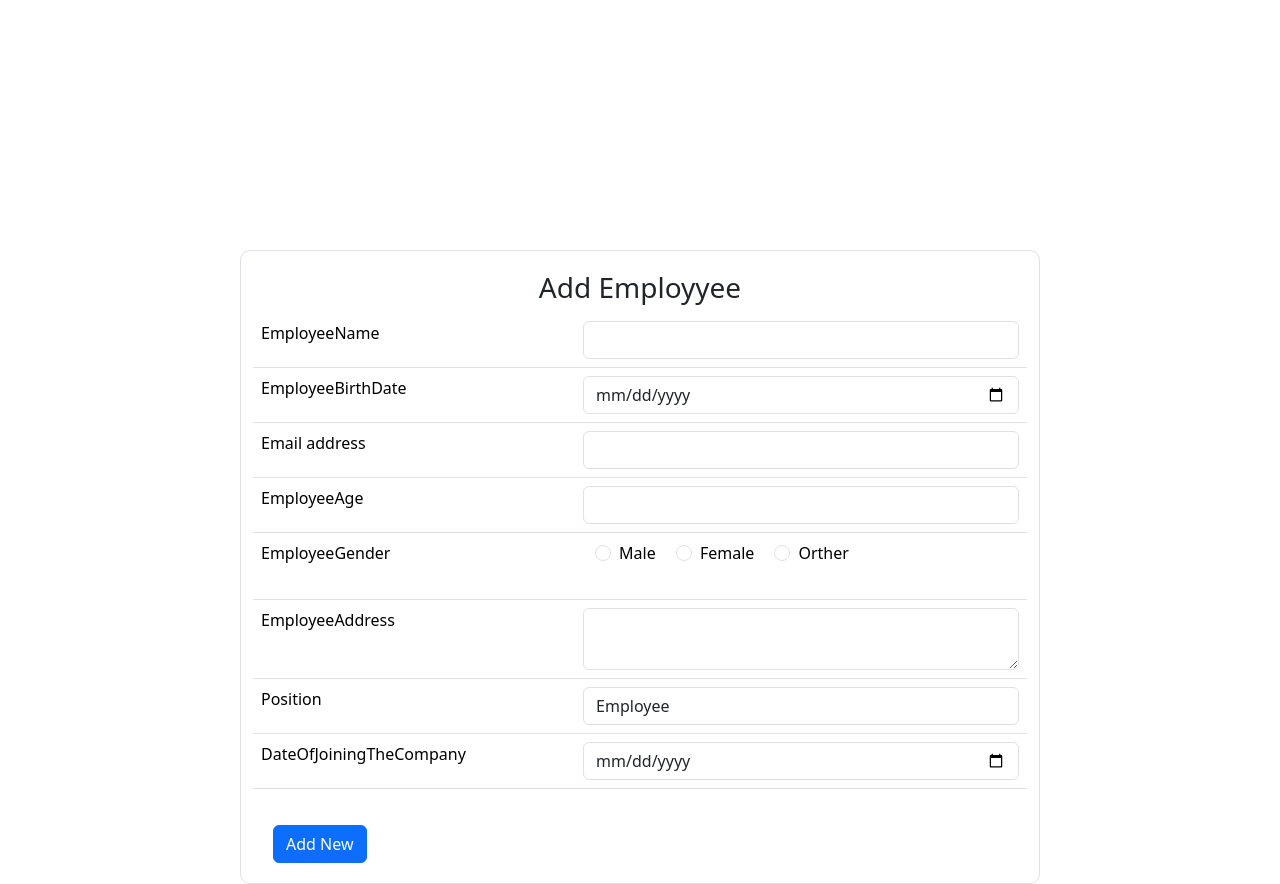
Repository: tranhuuan1703/BaiTapServlet
Page: http://localhost/bai_tap_jsp_servlet/views/Add.jsp
These files come from the project's save history. The page is drawn as it stood at one moment and after the next save; the edit follows.
The browser window is 1280 px wide. The pictures show the whole page.
Some web libraries are served in a nearby version. The page is served by Tomcat 9. Other server files are loaded and not shown.

Above is the page before, as saved 2024-08-14 08:27:14.

### bai_tap_jsp_servlet/bai_tap_jsp_servlet/src/main/webapp/views/Add.jsp
<%@ page language="java" contentType="text/html; charset=UTF-8"
   pageEncoding="UTF-8"%>
<%@ taglib prefix="c" uri="http://java.sun.com/jsp/jstl/core"%>
<!DOCTYPE html>
<html>
   <head>
      <meta charset="UTF-8">
      <title>Insert title here</title>
      <link href="https://cdn.jsdelivr.net/npm/bootstrap@5.3.3/dist/css/bootstrap.min.css"
         rel="stylesheet"
         integrity="sha384-QWTKZyjpPEjISv5WaRU9OFeRpok6YctnYmDr5pNlyT2bRjXh0JMhjY6hW+ALEwIH"
         crossorigin="anonymous">
      <script src="https://cdn.jsdelivr.net/npm/bootstrap@5.3.3/dist/js/bootstrap.bundle.min.js"
         integrity="sha384-YvpcrYf0tY3lHB60NNkmXc5s9fDVZLESaAA55NDzOxhy9GkcIdslK1eN7N6jIeHz"
         crossorigin="anonymous"></script>
      <script src="https://ajax.googleapis.com/ajax/libs/jquery/1.12.0/jquery.min.js"></script>
      <script src="https://unpkg.com/dayjs@1.8.21/dayjs.min.js"></script>
      <link href="<c:url value="/css/base.css"/>" rel="stylesheet" type="text/css" />
   </head>
   <body>


      <div class="container border" style="margin-top:250px; width:800px; border-radius: 10px;">
      	<center style="padding-top: 20px;"><h3>Add Employyee</h3></center>
         <form id="updateForm" action="addEmployeeController" method="get">
            <table class="table">

               <tr>
                  <td><label for="nameEmployee" class="form-label">EmployeeName</label></td>
                  <td>
                     <input type="text" class="form-control" id="nameEmployee" aria-describedby="emailHelp" name="nameEmployee" required="required" pattern="^[^\d]+$">
                     <span class="rq">${msgUserName}</span>
                  </td>

               </tr>
               <tr>
                  <td><label for="birthDayEmployee" class="form-label">EmployeeBirthDate</label></td>
                  <td>
                     <input type="date" class="form-control" id="birthDayEmployee" name="birthDayEmployee" required="required">
                     <span class="rq">${msgEmployeeBirthDate}</span>
                  </td>

               </tr>
               <tr>
                  <td><label for="emailEmployee" class="form-label">Email address</label></td>
                  <td>
                     <input type="email" class="form-control" id="emailEmployee" aria-describedby="emailHelp" name="emailEmployee" required="required">
                     <span class="rq">${msgEmail}</span>

                  </td>
               </tr>
               <tr>
                  <td><label for="ageEmployee" class="form-label">EmployeeAge</label></td>
                  <td>
                     <input type="number" class="form-control" id="ageEmployee" aria-describedby="emailHelp" value="" readonly name="ageEmployee">
                     <span class="rq">${msgEmployeeAge}</span>
                  </td>
               </tr>
               <tr>
                  <td><label for="inlineRadio1" class="form-label">EmployeeGender</label></td>
                  <td>
                  	<div class="container">
                  		<div class="form-check form-check-inline">
	                        <input class="form-check-input" type="radio" name="inlineRadioOptions" id="inlineRadio1" value="male">
	                        <label class="form-check-label" for="inlineRadio1">Male</label>
	                     </div>
	                     <div class="form-check form-check-inline">
	                        <input class="form-check-input" type="radio" name="inlineRadioOptions" id="inlineRadio2" value="female">
	                        <label class="form-check-label" for="inlineRadio2">Female</label>
	                     </div>
	                     <div class="form-check form-check-inline">
	                        <input class="form-check-input" type="radio" name="inlineRadioOptions" id="inlineRadio3" value="option3">
	                        <label class="form-check-label" for="inlineRadio3">Orther</label>
	                     </div>
                  	</div>

                     <div>
                     	<span class="rq" style="display: inline-block; max-width: 80%; word-wrap: break-word; white-space: normal; color: red;">${msgGender}</span>
                     </div>

                  </td>
               </tr>
               <tr>
                  <td><label for="addressEmployee" class="form-label">EmployeeAddress</label></td>
                  <td>
                     <textarea  class="form-control" id="addressEmployee" aria-describedby="emailHelp" name="addressEmployee"></textarea>

                  </td>
               </tr>
               <tr>
                  <td><label for="exampleInputEmail1" class="form-label">Position</label></td>
                  <td>
                     <select class="form-control" id="selection" name="position">
                        <option value="employee">Employee</option>
                        <option value="boss">Boss</option>
                     </select>
                     <span class="rq">${msgPosition}</span>
                  </td>
               </tr>
               <tr>
                  <td><label for="dateJoiningBirthday" class="form-label">DateOfJoiningTheCompany</label></td>
                  <td>
                		<input type="date" class="form-control" id="dateJoiningCompany" name="dateJoiningCompany" required="required" max="">
                     	<span class="rq">${msgDateJoinCompany}</span>
                  </td>
               </tr>
            </table>
             <div class="grid" style="padding:20px;">
            	<button type="submit" class="btn btn-primary">Add New</button>
            </div>
         </form>
      </div>
   </body>
 <script>

 $("#birthDayEmployee, #dateJoiningCompany").blur(function(){
	    const dateValue = new Date($(this).val());

	    if (isNaN(dateValue)) {
	        return '';
	    }

	    const day = String(dateValue.getDate()).padStart(2, '0');
	    const month = String(dateValue.getMonth() + 1).padStart(2, '0');
	    const year = dateValue.getFullYear();

	    var text = day + "/" + month + "/" + year;
	    $(this).attr("type","text");
	    $(this).val(text);
});


 $("#birthDayEmployee").blur(function(){

		var date1 = new Date();

		var values = $(this).val();
		var yeard = parseInt(values.substr(6, values.length));

		currentYear = date1.getFullYear();

		age = currentYear - yeard;
		$("#ageEmployee").val(age);
	});

	$("#updateForm").submit(function(){

		$("#inputEmployeeId").disabled = false;


	})




	$("form").on('submit', function(){

	  var inputDate = new Date(document.getElementById('dateJoiningCompany').value);
	  var today = new Date();


	  var isConfirmed = confirm("Bạn có chắc muốn thêm nhân viên này?");

	  if (!isConfirmed){
		  event.preventDefault();
	  }
	})


	// Lấy ngày hiện tại
    var today = new Date().toISOString().split('T')[0];
    // Đặt giá trị max của input là ngày hiện tại
    document.getElementById('dateJoiningCompany').setAttribute('max', today);
    // Thiết lập giá trị max là ngày hiện tại
    document.getElementById('dateJoiningCompany').max = new Date().toISOString().split("T")[0];

    /*function formatDate() {
        const dateInput = document.getElementById('dateJoiningCompany').value;
        if (dateInput) {
            const [year, month, day] = dateInput.split("-");
            const formattedDate = `${day}/${month}/${year}`;
            document.getElementById('dateJoiningCompany').value = formattedDate;
            return;
        }
    }*/
 </script>

</html>

### bai_tap_jsp_servlet/bai_tap_jsp_servlet/src/main/webapp/css/base.css
@charset "UTF-8";



	/* styles.css */


/* Phong cách cơ bản của popup */
.popup {
    display: none; /* Ẩn popup mặc định */
    position: fixed;
    z-index: 1;
    left: 0;
    top: 0;
    width: 100%;
    height: 100%;
    overflow: auto;
    background-color: rgba(0, 0, 0, 0.5); /* Màu nền mờ */
}

/* Nội dung của popup */
.popup-content {
    background-color: white;
    margin: 15% auto; /* Căn giữa */
    padding: 20px;
    border: 1px solid #888;
    width: 80%;
    max-width: 700px; /* Giới hạn chiều rộng */
}

/* Nút đóng popup */
.close-btn {
    color: #aaa;
    float: right;
    font-size: 28px;
    font-weight: bold;
}

.close-btn:hover,
.close-btn:focus {
    color: black;
    text-decoration: none;
    cursor: pointer;
}


.intro {
  height: 100%;
}

table td,
table th {
  text-overflow: ellipsis;
  white-space: nowrap;
  overflow: hidden;
}

thead th {
  color: #fff;
}

.card {
  border-radius: .5rem;
}

.table-scroll {
  border-radius: .5rem;
}

.table-scroll table thead th {
  font-size: 1.25rem;
}
thead {
  top: 0;
  position: sticky;
}

/* bao loi */
.rq{
		color: red;
	}

After the next save:
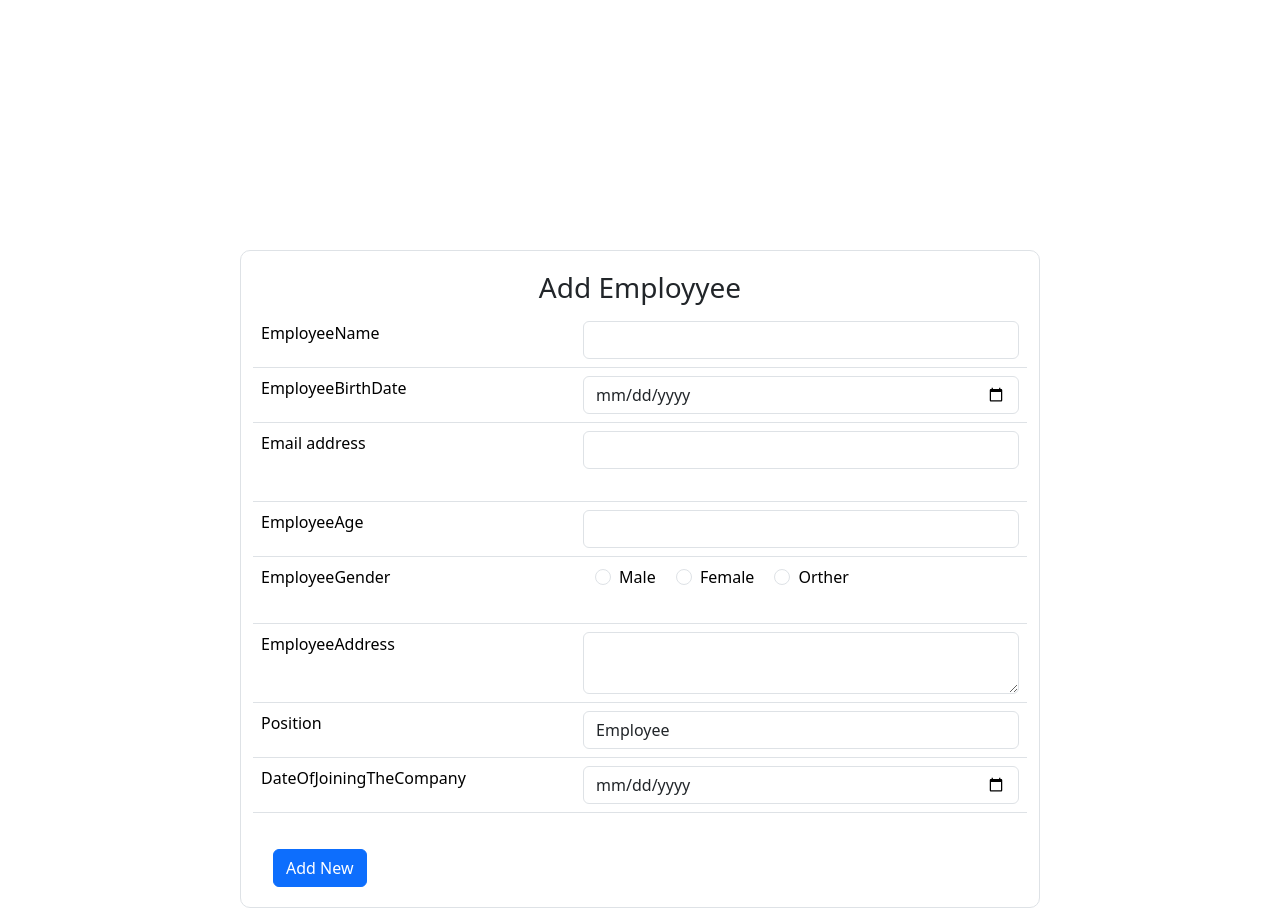
Saved 38 s later.
--- a/bai_tap_jsp_servlet/bai_tap_jsp_servlet/src/main/webapp/views/Add.jsp
+++ b/bai_tap_jsp_servlet/bai_tap_jsp_servlet/src/main/webapp/views/Add.jsp
@@ -45,7 +45,7 @@
                   <td><label for="emailEmployee" class="form-label">Email address</label></td>
                   <td>
                      <input type="email" class="form-control" id="emailEmployee" aria-describedby="emailHelp" name="emailEmployee" required="required">
-                     <span class="rq">${msgEmail}</span>
+                     <span class="rq" style="display: inline-block; max-width: 80%; word-wrap: break-word; white-space: normal; color: red;">${msgEmail}</span>
 
                   </td>
                </tr>
